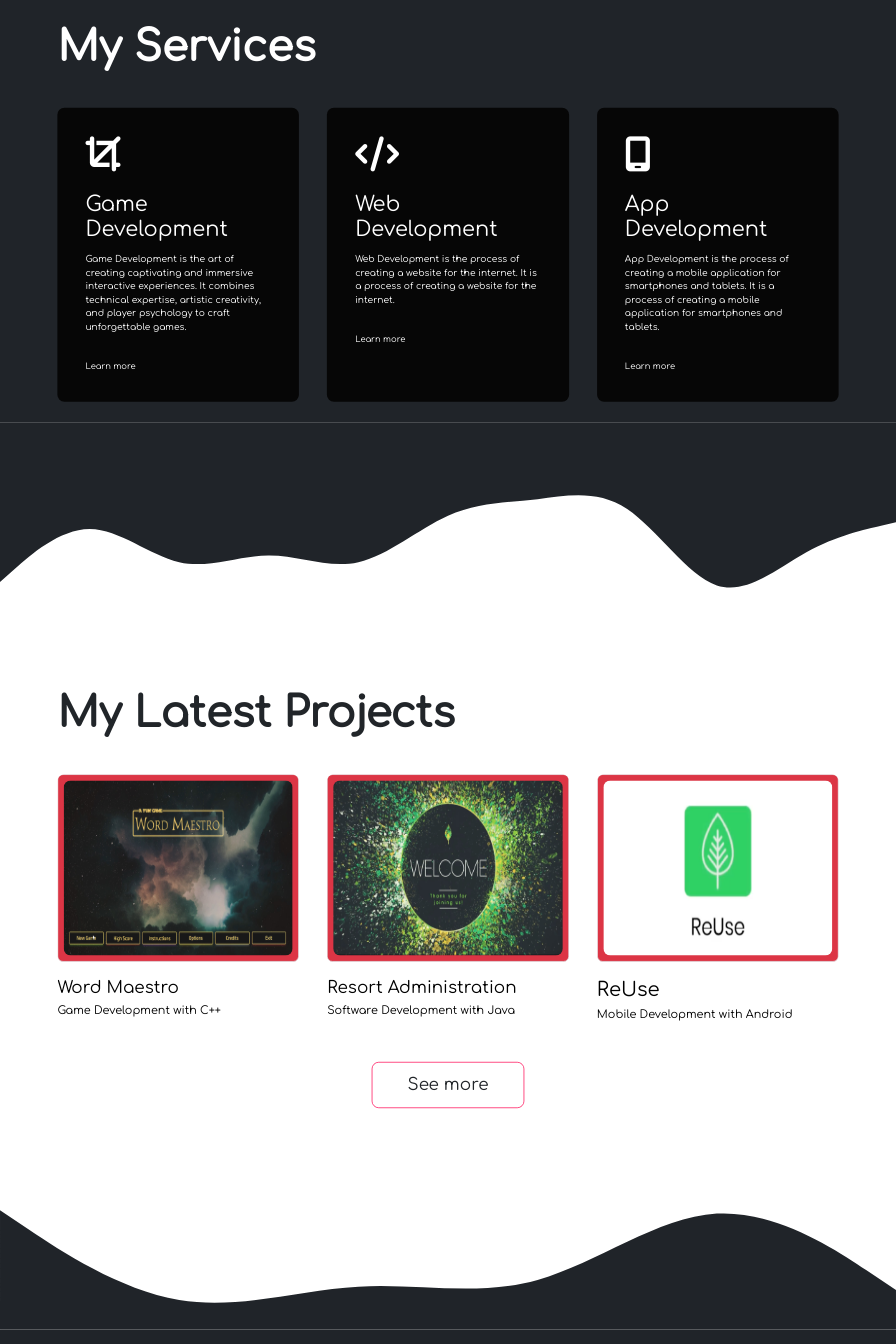
Repository: MMALI3287/Resume
Page: index.html
The author's editor kept a copy of each file at every save. The page is drawn from the files as they stood at one save, then again after the next save.
The browser window is 1280 px wide. The pictures show the part of the page from y = 4580 to 6500 px (the page is 7138 px tall before and 7167 px after), at 70% of full size.
Some web libraries are served in a nearby version.

Above is the page before, as saved 2023-07-16 02:39:36.

After the next save:
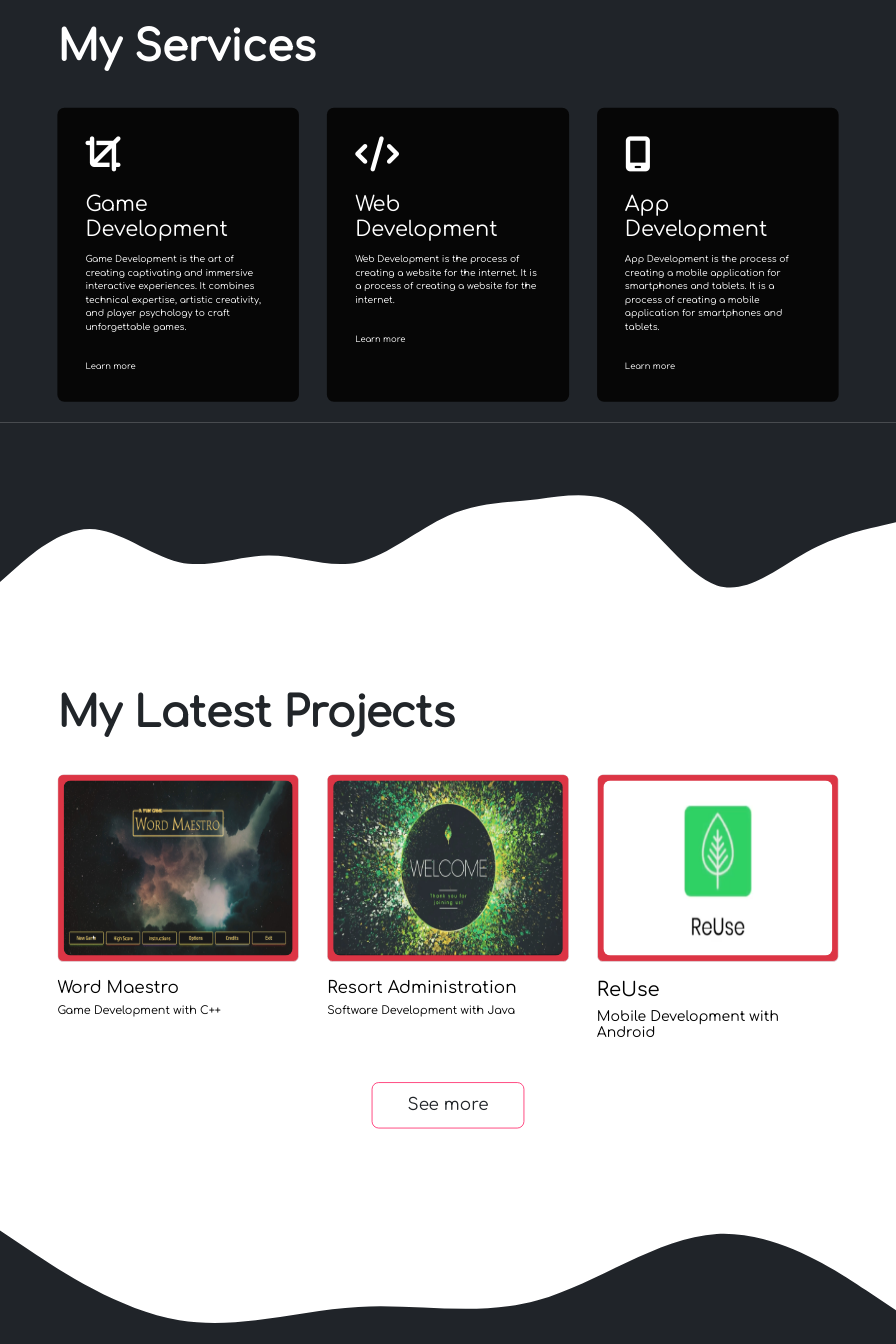
Saved 6 s later.
--- a/index.html
+++ b/index.html
@@ -337,7 +337,7 @@
             <a href="https://github.com/MMALI3287/ReUse"><i class="fa-sharp fa-solid fa-up-right-from-square"></i></a>
           </div>
           <p class="h3 mt-4">ReUse</p>
-          <p class="h6">Mobile Development with Android</p>
+          <p class="h5">Mobile Development with Android</p>
         </div>
       </div>
       <a href="https://github.com/MMALI3287?tab=repositories" class="btnc text-dark">See more</a>

After the save that followed:
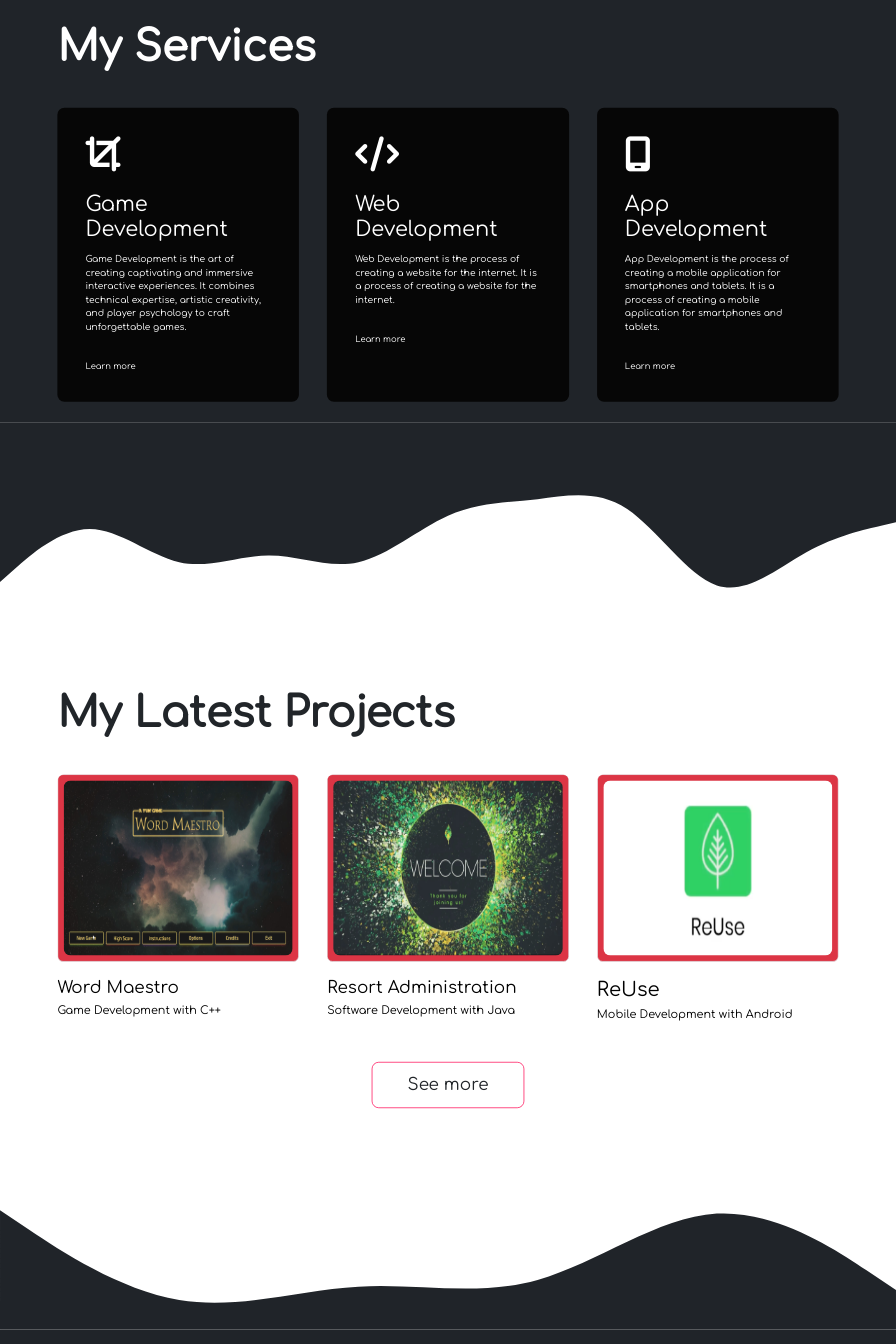
Saved 6 s later.
--- a/index.html
+++ b/index.html
@@ -337,7 +337,7 @@
             <a href="https://github.com/MMALI3287/ReUse"><i class="fa-sharp fa-solid fa-up-right-from-square"></i></a>
           </div>
           <p class="h3 mt-4">ReUse</p>
-          <p class="h5">Mobile Development with Android</p>
+          <p class="h6">Mobile Development with Android</p>
         </div>
       </div>
       <a href="https://github.com/MMALI3287?tab=repositories" class="btnc text-dark">See more</a>
